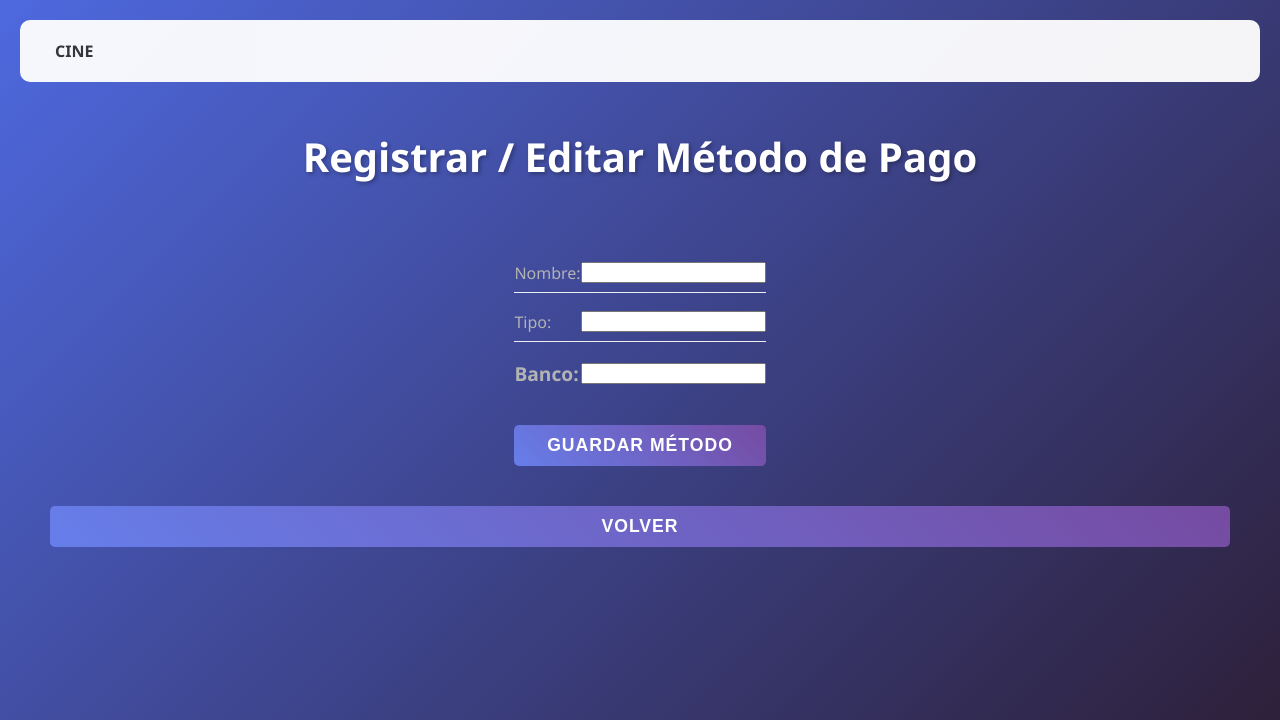
Repository: RoyScc/Practico-Django
Page: http://localhost/metodos/crear
The author's editor kept a copy of each file at every save. The page is drawn from the files as they stood at one save, then again after the next save.
The browser window is 1280 px wide. The pictures show the whole page.
The page is served by the project's application, run on Django 5.2 (manage.py).

Above is the page before, as saved 2026-05-14 00:00:17.

After the next save:
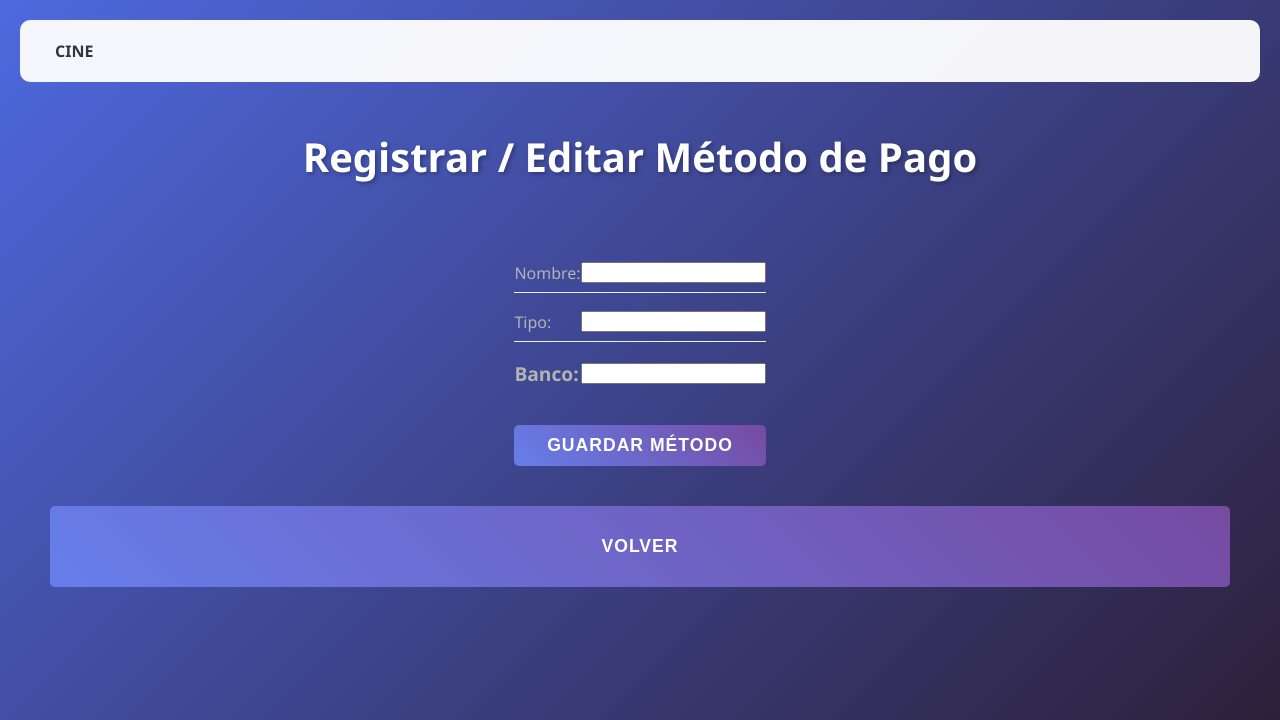
Saved 10 s later.
--- a/tickets/templates/tickets/crear_metodo_pago.html
+++ b/tickets/templates/tickets/crear_metodo_pago.html
@@ -16,7 +16,7 @@
 
 
         </form>
-        <button class="form" style="padding: 10px; background-color: #4CAF50; color: white; border: none; border-radius: 5px; cursor: pointer;" href="{% url 'lista_metodos' %}">Volver</button>
+        <button class="form" style="background-color: #4CAF50; color: white; border: none; border-radius: 5px; cursor: pointer;" href="{% url 'lista_metodos' %}">Volver</button>
     </div>
     <br>
 
